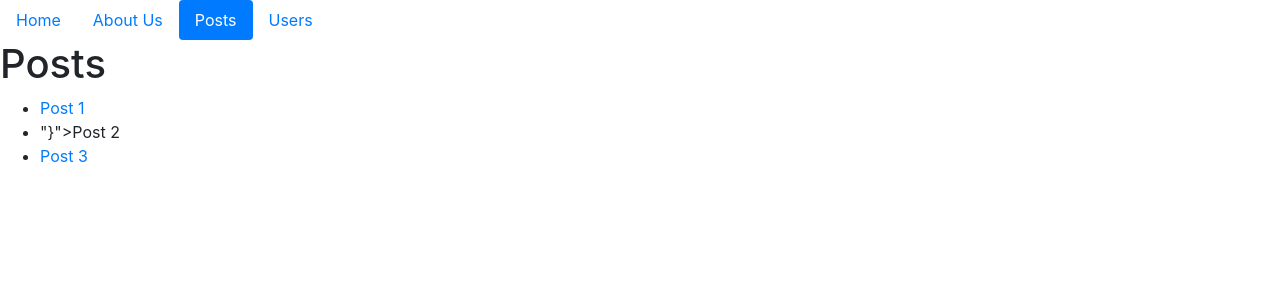
Repository: toufik17/vuejs
Page: /posts
The author's editor kept a copy of each file at every save. The page is drawn from the files as they stood at one save, then again after a run of saves.
The browser window is 1280 px wide. The pictures show the whole page.
The project was rebuilt for these pictures with package versions that can differ from the ones it lists, and the page was loaded fresh each time. Also part of the build but not shown: src/components/Home.vue, src/components/About.vue, src/components/Post.vue, src/components/Users.vue, src/components/users/UsersHome.vue, src/components/users/UsersViewHome.vue.

Above is the page before, as saved 2019-03-06 12:03:24.

### public/index.html
<!DOCTYPE html>
<html lang="en">
  <head>
    <meta charset="utf-8">
    <meta http-equiv="X-UA-Compatible" content="IE=edge">
    <meta name="viewport" content="width=device-width,initial-scale=1.0">
    <link rel="icon" href="<%= BASE_URL %>favicon.ico">
    <link rel="stylesheet" href="https://stackpath.bootstrapcdn.com/bootstrap/4.1.2/css/bootstrap.min.css" integrity="sha384-Smlep5jCw/wG7hdkwQ/Z5nLIefveQRIY9nfy6xoR1uRYBtpZgI6339F5dgvm/e9B" crossorigin="anonymous">
    <title>demo</title>
  </head>
  <body>
    <noscript>
      <strong>We're sorry but demo doesn't work properly without JavaScript enabled. Please enable it to continue.</strong>
    </noscript>
    <div id="app"></div>
    <!-- built files will be auto injected -->
  </body>
</html>

### src/main.js
import Vue from 'vue'
import App from './App.vue'
import VueRouter from 'vue-router'

import routes from './routes'

Vue.use(VueRouter);
const router = new VueRouter({
  mode: "history",
  routes : routes
})

Vue.config.productionTip = false

new Vue({
  render: h => h(App),
  router
}).$mount('#app')

### src/App.vue
<template>
  <div id="app">
    <NavBar />
    <router-view></router-view>
  </div>
</template>

<script>

import NavBar from "./components/NavBar"
export default {
  name: 'app',
  components: {
    NavBar
  }
}
</script>

<style>

</style>

### src/routes.js
import Home from './components/Home'
import About from './components/About'
import Post from './components/Post'
import Posts from './components/Posts'
import Users from './components/Users'
import UsersHome from './components/users/UsersHome'
import UsersViewHome from './components/users/UsersViewHome'

const routes = [
    {path: "/", component: Home, name: "home"},
    {path: "/about", component: About},
    {path: "/posts", component: Posts},
    {path: "/posts/:id", component: Post, props: true, name: "signle-post"},
    {path: "/users", component: Users, children: [
        {path: "", component: UsersHome},
        {path: ":id", component: UsersViewHome, props: true},
    ]}
];

export default routes;

### src/components/NavBar.vue
<template>
    <ul class="nav nav-pills">
      <li class="nav-item">
        <router-link :to="{name: 'home'}" class="nav-link" active-class="active" exact href="#">
          Home
        </router-link>
      </li>
      <li class="nav-item">
        <router-link to="/about" class="nav-link" active-class="active" href="#">
          About Us
        </router-link>
      </li>
      <li class="nav-item">
        <router-link to="/posts" class="nav-link" active-class="active" href="#">
          Posts
        </router-link>
      </li>
      <li class="nav-item">
        <router-link to="/users" class="nav-link" active-class="active" href="#">
          Users
        </router-link>
      </li>
    </ul>
</template>

### src/components/Posts.vue
<template>
    <div>
        <h1>Posts</h1>
        <ul>
            <li><router-link to="/posts/1">Post 1</router-link></li>
            <li><router-link :to="{name: "single-post"}">Post 2</router-link></li>
            <li><router-link to="/posts/3">Post 3</router-link></li>
        </ul>
    </div>
</template>

After the next 3 saves:
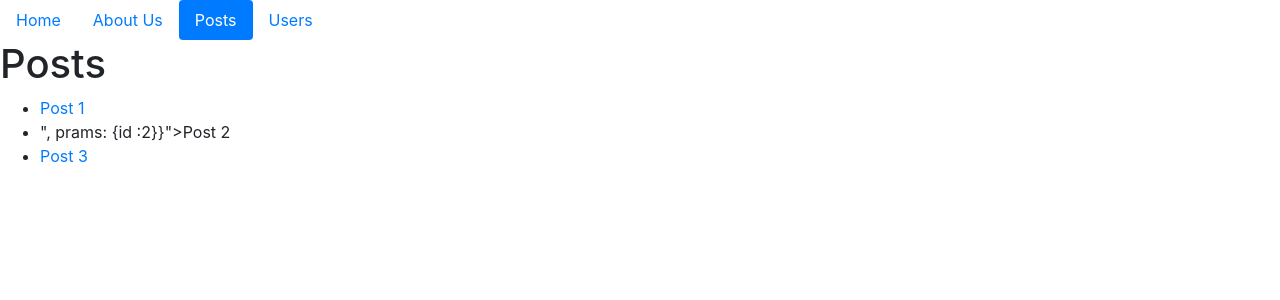
The 3 saves are shown as one change because they came seconds apart.
The last was saved 13 s later.
--- a/src/components/Posts.vue
+++ b/src/components/Posts.vue
@@ -3,7 +3,7 @@
         <h1>Posts</h1>
         <ul>
             <li><router-link to="/posts/1">Post 1</router-link></li>
-            <li><router-link :to="{name: "single-post"}">Post 2</router-link></li>
+            <li><router-link :to="{name: "single-post", prams: {id :2}}">Post 2</router-link></li>
             <li><router-link to="/posts/3">Post 3</router-link></li>
         </ul>
     </div>
